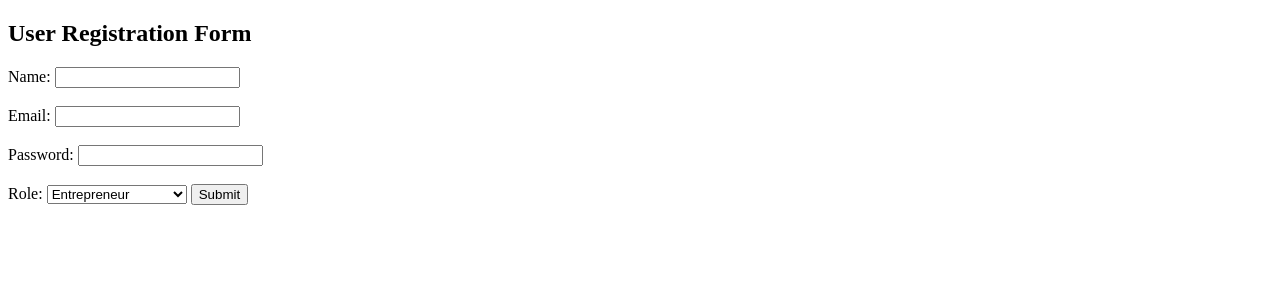
Repository: LOGANATHANTECH/single-window-approval-system
Page: singlewindow/singlewindow/src/main/webapp/testligin.html
These files come from the project's save history. The page is drawn as it stood at one moment and after the next save; the edit follows.
The browser window is 1280 px wide. The pictures show the whole page.

Above is the page before, as saved 2025-03-16 11:18:31.

### singlewindow/singlewindow/src/main/webapp/testligin.html
<!DOCTYPE html>
<html lang="en">
<head>
    <meta charset="UTF-8">
    <meta name="viewport" content="width=device-width, initial-scale=1.0">
    <title>User Registration</title>
</head>
<body>

    <h2>User Registration Form</h2>

    <form id="userForm">
        <label for="name">Name:</label>
        <input type="text" id="name" name="name" required><br><br>

        <label for="email">Email:</label>
        <input type="email" id="email" name="email" required><br><br>

        <label for="password">Password:</label>
        <input type="password" id="password" name="password" required><br><br>

		<label for="role">Role:</label>
        <select id="role" name="role" required>
            <option value="ENTREPRENEUR">Entrepreneur</option>
            <option value="GOVERNMENT_OFFICIAL">Government Official</option>
            <option value="ADMIN">Admin</option>
        </select>

        <button type="submit">Submit</button>
    </form>

    <script>
        document.getElementById("userForm").addEventListener("submit", function(event) {
            event.preventDefault(); // Prevent form from reloading the page

            // Get form values
            const name = document.getElementById("name").value;
            const email = document.getElementById("email").value;
            const password = document.getElementById("password").value;

            // Create a JSON object
            const userData = {
                name: name,
                email: email,
                password: password
            };

            // Send data to the API
            fetch("http://localhost:8080/user", {
                method: "POST",
                headers: {
                    "Content-Type": "application/json"
                },
                body: JSON.stringify(userData)
            })
            .then(response => response.json())
            .then(data => {
                alert("User registered successfully!");
                console.log("Success:", data);
            })
            .catch(error => {
                alert("Error registering user.");
                console.error("Error:", error);
            });
        });
    </script>

</body>
</html>

After the next save:
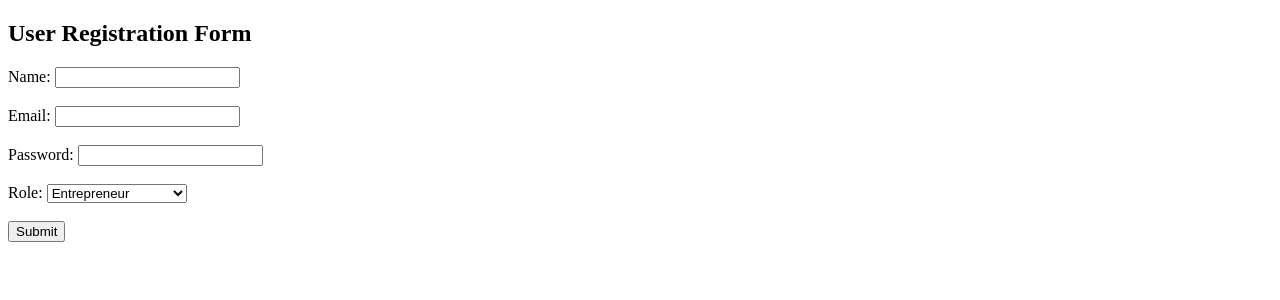
Saved 16 min 22 s later.
--- a/singlewindow/singlewindow/src/main/webapp/testligin.html
+++ b/singlewindow/singlewindow/src/main/webapp/testligin.html
@@ -19,30 +19,32 @@
         <label for="password">Password:</label>
         <input type="password" id="password" name="password" required><br><br>
 
-		<label for="role">Role:</label>
+        <label for="role">Role:</label>
         <select id="role" name="role" required>
             <option value="ENTREPRENEUR">Entrepreneur</option>
             <option value="GOVERNMENT_OFFICIAL">Government Official</option>
             <option value="ADMIN">Admin</option>
-        </select>
+        </select><br><br>
 
         <button type="submit">Submit</button>
     </form>
 
     <script>
         document.getElementById("userForm").addEventListener("submit", function(event) {
-            event.preventDefault(); // Prevent form from reloading the page
+            event.preventDefault(); // Prevent form reload
 
             // Get form values
             const name = document.getElementById("name").value;
             const email = document.getElementById("email").value;
             const password = document.getElementById("password").value;
+            const role = document.getElementById("role").value;
 
             // Create a JSON object
             const userData = {
                 name: name,
                 email: email,
-                password: password
+                password: password,
+                role: role
             };
 
             // Send data to the API
